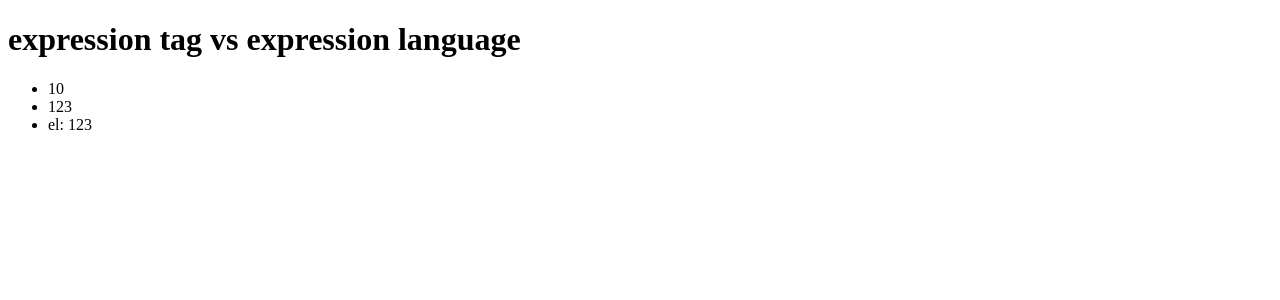
Repository: roadtofuture/woorifisa_java
Page: http://localhost/web_day3/jstl/jstltest.jsp
The author's editor kept a copy of each file at every save. The page is drawn from the files as they stood at one save, then again after the next save.
The browser window is 1280 px wide. The pictures show the whole page.
The page is served by Tomcat 9.

Above is the page before, as saved 2023-06-19 05:48:40.

After the next save:
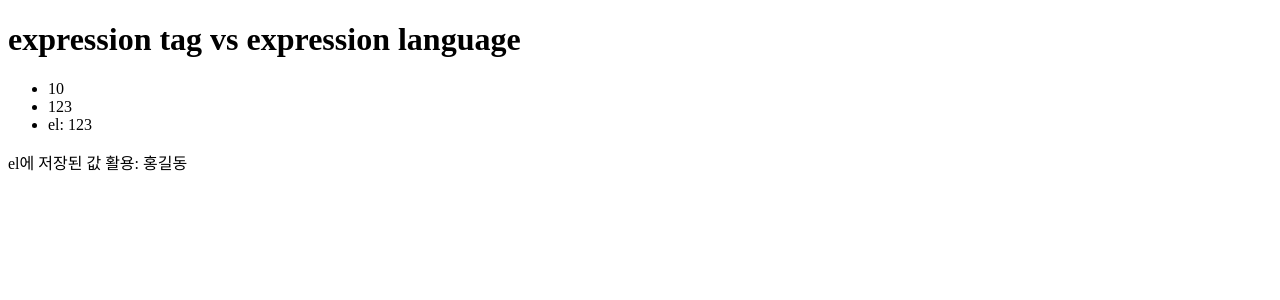
Saved 3 min 45 s later.
--- a/web_day3/src/main/webapp/jstl/jstltest.jsp
+++ b/web_day3/src/main/webapp/jstl/jstltest.jsp
@@ -21,6 +21,9 @@
 		<li><%=request.getAttribute("reqAttr")%>
 		<li>el: ${reqAttr }
 	</ul>
+	<!-- request.setAttribute("name", "홍길동") -->
+	<c:set var="name" value="홍길동" scope="request"></c:set>
+	el에 저장된 값 활용: ${name }
 
 </body>
 </html>
